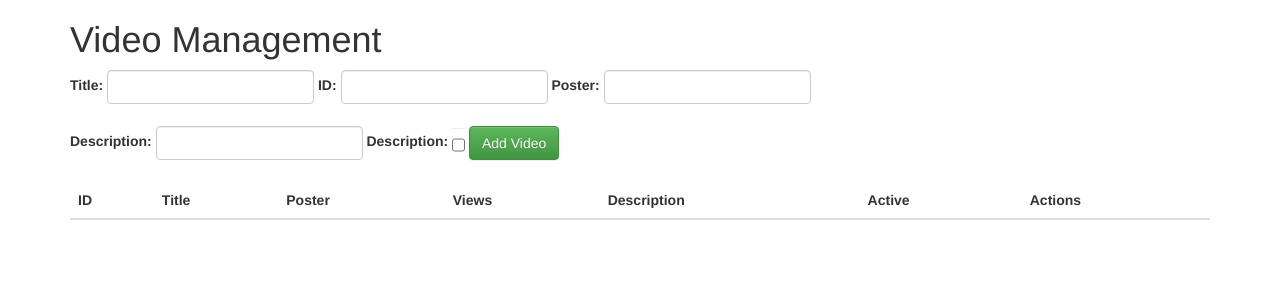
Repository: Hacorbie/Java-Servlet
Page: http://localhost/ASM_JV4/views/User.jsp
The author's editor kept a copy of each file at every save. The page is drawn from the files as they stood at one save, then again after the next save.
The browser window is 1280 px wide. The pictures show the whole page.
Some web libraries are served in a nearby version. The page is served by Tomcat 9. The template is opened directly, without the code that normally fills it, so the values that code supplies are empty.

Above is the page before, as saved 2023-04-08 17:18:44.

After the next save:
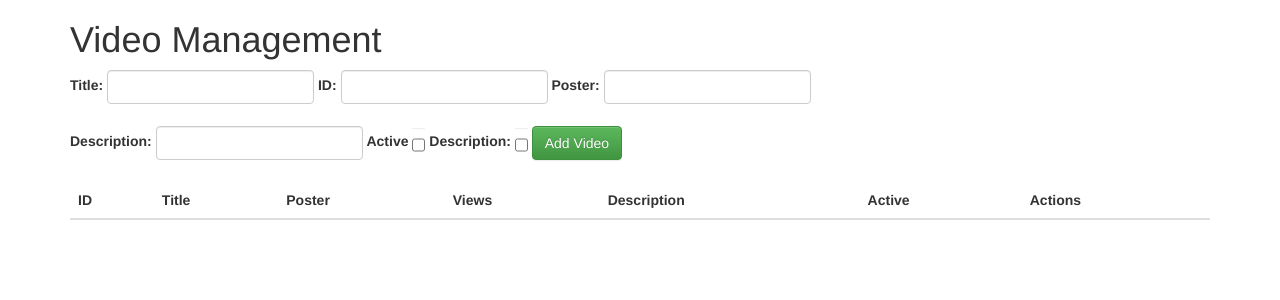
Saved 27 s later.
--- a/ASM_JV4/src/main/webapp/views/User.jsp
+++ b/ASM_JV4/src/main/webapp/views/User.jsp
@@ -32,6 +32,8 @@
                 <input type="text" class="form-control" id="description" name="description" required>
             </div>
             <div class="form-group">
+                <label for="active">Active</label>
+                <input type="Checkbox" class="form-control" id="active" name="active" required>
                 <label for="active">Description:</label>
                 <input type="Checkbox" class="form-control" id="active" name="active" required>
             </div>
